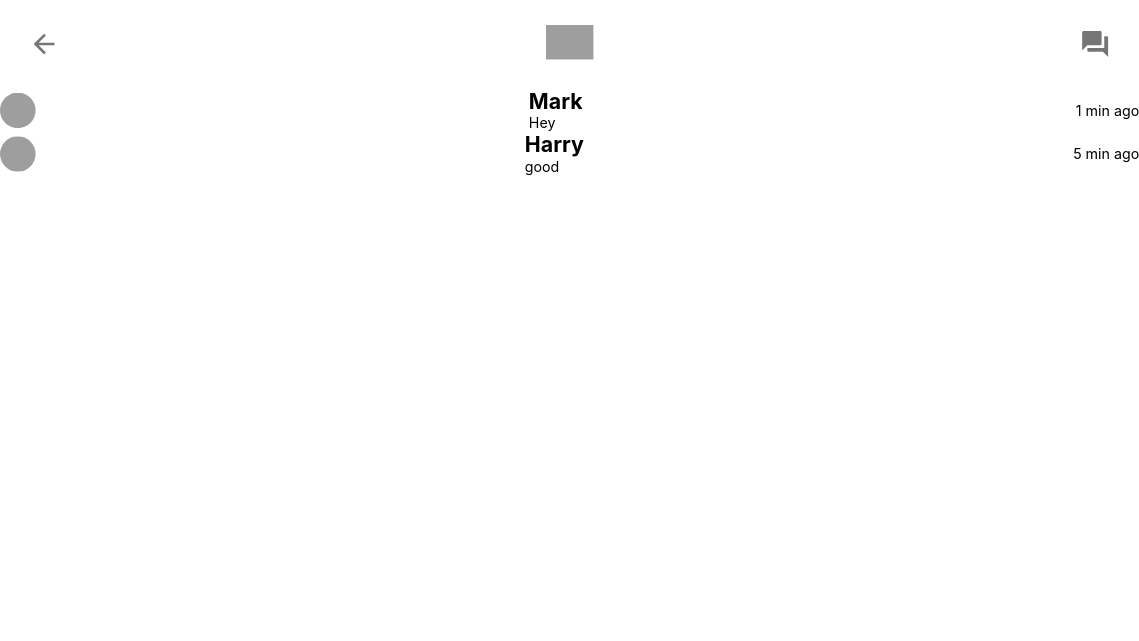
Repository: mminhaz93/React-Tinder-Clone
Page: /chat/Harry
These files come from the project's save history. The page is drawn as it stood at one moment and after the next save; the edit follows.
The browser window is 1280 px wide. The pictures show the whole page, at 89% of full size.
Pictures or frames that could not be fetched are drawn as grey boxes. The page's requests for data from a server got no answer. The project was rebuilt for these pictures with package versions that can differ from the ones it lists, and the page was loaded fresh each time. No one was signed in, and anything a server would have sent is missing. Also part of the build but not shown: src/App.css, src/components/tinderCards/TinderCards.css, src/utils/firebase.js, src/components/tinderCards/TinderCards.js, src/components/swipeButtons/SwipeButtons.css, src/components/swipeButtons/SwipeButtons.js.

Above is the page before, as saved 2020-08-23 20:06:32.

After the next save:
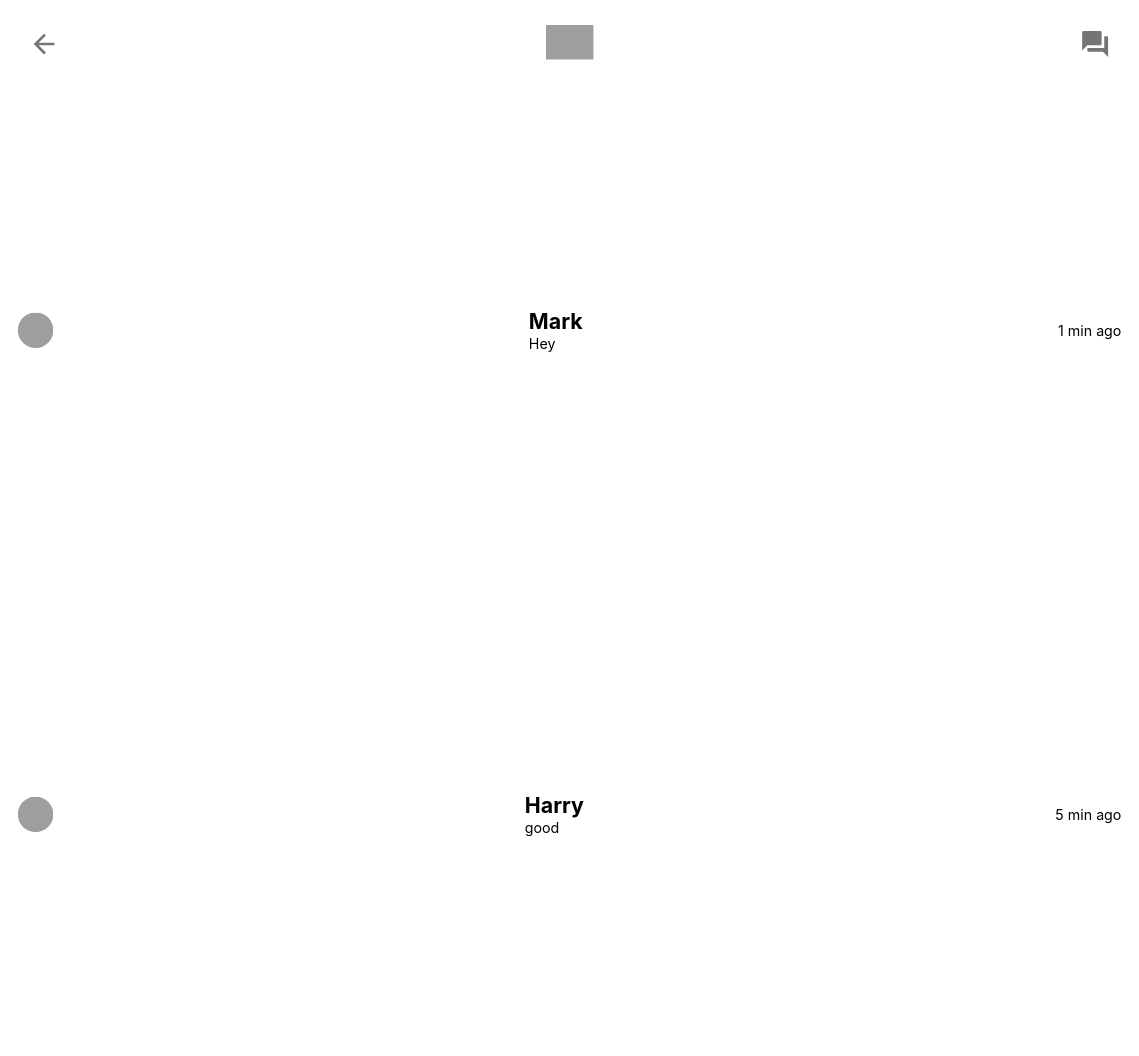
Saved 71 s later.
--- a/src/components/chat/Chat.css
+++ b/src/components/chat/Chat.css
@@ -2,4 +2,6 @@
     display: flex;
     align-items: center;
     justify-content: space-between;
+    padding: 20px;
+    height: 70vh;
 }
